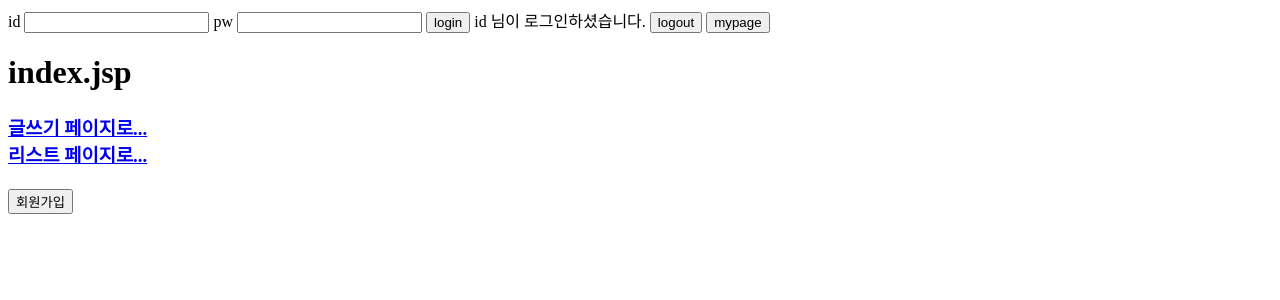
Repository: HaeunOh/study
Page: http://localhost/jsp_study/index.jsp
These files come from the project's save history. The page is drawn as it stood at one moment and after the next save; the edit follows.
The browser window is 1280 px wide. The pictures show the whole page.
The page is served by Tomcat 9. Other server files are loaded and not shown.

Above is the page before, as saved 2024-04-15 01:30:56.

### _jsp_workspace/jsp_study/src/main/webapp/index.jsp
<%@ page language="java" contentType="text/html; charset=UTF-8"
    pageEncoding="UTF-8"%>
<!DOCTYPE html>
<html>
<head>
<meta charset="UTF-8">
<title>Insert title here</title>
</head>
<body>
<header>
	id <input type="text"> pw <input type="text"> <button>login</button>
	<span> id 님이 로그인하셨습니다. </span>
	<button> logout </button>
	<button> mypage </button>
	</header>
	<h1>index.jsp</h1>
	<h3>
		<a href="/brd/register">글쓰기 페이지로...</a> <br>
		<a href="/brd/list">리스트 페이지로...</a> <br> <br>
		<a> <button type="button">회원가입</button> </a>
	</h3>
</body>
</html>

After the next save:
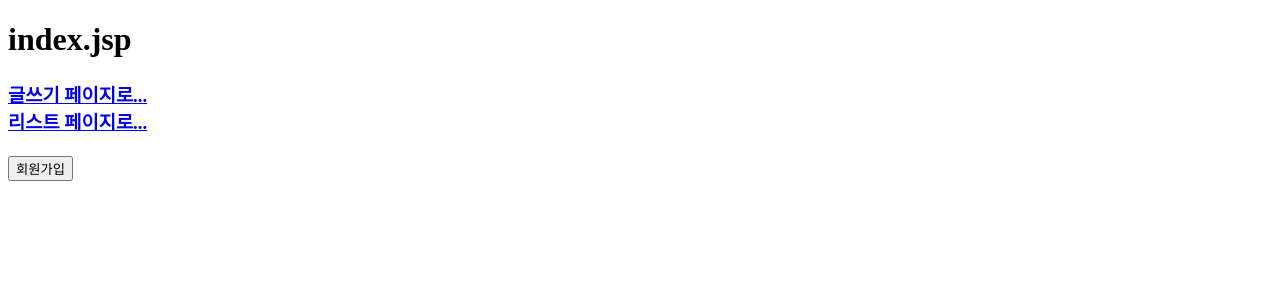
Saved 3 min 36 s later.
--- a/_jsp_workspace/jsp_study/src/main/webapp/index.jsp
+++ b/_jsp_workspace/jsp_study/src/main/webapp/index.jsp
@@ -8,10 +8,10 @@
 </head>
 <body>
 <header>
-	id <input type="text"> pw <input type="text"> <button>login</button>
+	<!-- id <input type="text"> pw <input type="text"> <button>login</button>
 	<span> id 님이 로그인하셨습니다. </span>
 	<button> logout </button>
-	<button> mypage </button>
+	<button> mypage </button> -->
 	</header>
 	<h1>index.jsp</h1>
 	<h3>
